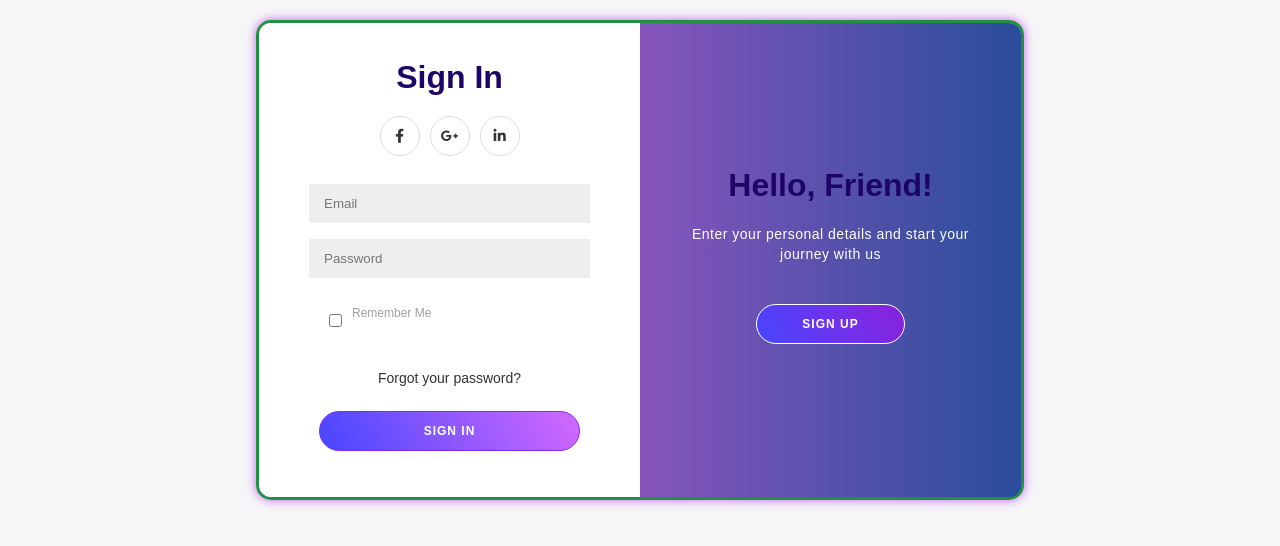
Repository: Zulfiyya077/InternIntelligence_LoginPage
Page: /
An editor plug-in stored every save of this project. The page is shown before and after the next save, followed by the edit.
The browser window is 1280 px wide. The pictures show the whole page.
The project was rebuilt for these pictures with package versions that can differ from the ones it lists, and the page was loaded fresh each time. Also part of the build but not shown: vite.config.js.

Above is the page before, as saved 2025-02-02 08:07:23.

### index.html
<!DOCTYPE html>
<html lang="en">
<head>
    <meta charset="UTF-8" />
    <link rel="icon" type="image/svg+xml" href="/vite.svg" />
    <link
    rel="stylesheet"
    href="https://cdnjs.cloudflare.com/ajax/libs/font-awesome/5.15.4/css/all.min.css"
  />
    <meta name="viewport" content="width=device-width, initial-scale=1.0" />
    <title>Vite + React</title>
</head>
<body>
    <div id="root"></div>
    <script type="module" src="src/main.jsx"></script>
</body>
</html>

### src/main.jsx
import React from 'react';
import ReactDOM from 'react-dom/client';
import App from './App.jsx';


ReactDOM.createRoot(document.getElementById('root')).render(
  <React.StrictMode>
    <App />
  </React.StrictMode>,
);

### src/App.jsx
import React from 'react';
import SignInUpForm from './components/SignInUpForm';

function App() {
  return (
    <div className="App">
      <SignInUpForm />
    </div>
  );
}

export default App;

### src/components/SignInUpForm.jsx
import React, { useState } from 'react';
import styles from './SignInUpForm.module.css';
import { auth } from '../firebaseConfig';
import { createUserWithEmailAndPassword, signInWithEmailAndPassword, sendPasswordResetEmail } from 'firebase/auth';

const SignInUpForm = () => {
  const [isSignUp, setIsSignUp] = useState(false);
  const [email, setEmail] = useState('');
  const [password, setPassword] = useState('');
  const [error, setError] = useState('');


  const strongPasswordRegex = /^(?=.*[a-z])(?=.*[A-Z])(?=.*\d)[A-Za-z\d@$!%*?&]{6,}$/;


  const handleSignUp = async (e) => {
    e.preventDefault();
    setError('');

    if (!/\S+@\S+\.\S+/.test(email)) {
      setError('Please enter a valid email address.');
      return;
    }
    if (!strongPasswordRegex.test(password)) {
      setError('Password must have at least 6 characters, including 1 uppercase, 1 lowercase, and 1 number.');
      return;
    }

    try {
      await createUserWithEmailAndPassword(auth, email, password);
      alert('Account created successfully!');
    } catch (error) {
      handleAuthError(error);
    }
  };


  const handleSignIn = async (e) => {
    e.preventDefault();
    setError('');

    try {
      await signInWithEmailAndPassword(auth, email, password);
      alert('Signed in successfully!');
    } catch (error) {
      handleAuthError(error);
    }
  };


  const handleForgotPassword = async () => {
    if (!email) {
      setError('Please enter your email to reset password.');
      return;
    }
    try {
      await sendPasswordResetEmail(auth, email);
      alert('Password reset email sent!');
    } catch (error) {
      handleAuthError(error);
    }
  };


  const handleAuthError = (error) => {
    const errorMessages = {
      'auth/user-not-found': 'No account found with this email.',
      'auth/wrong-password': 'Incorrect password.',
      'auth/email-already-in-use': 'This email is already registered.',
      'auth/weak-password': 'Your password is too weak.',
      'auth/invalid-email': 'Invalid email format.',
    };
    setError(errorMessages[error.code] || error.message);
  };

  return (
    <div className={`${styles.container} ${isSignUp ? styles.rightPanelActive : ''}`}>
      <div className={`${styles.formContainer} ${styles.signUpContainer}`}>
        <form onSubmit={handleSignUp}>
          <h1>Create Account</h1>
          <div className={styles.socialContainer}>
            <a href="#" className={styles.social}><i className="fab fa-facebook-f"></i></a>
            <a href="#" className={styles.social}><i className="fab fa-google-plus-g"></i></a>
            <a href="#" className={styles.social}><i className="fab fa-linkedin-in"></i></a>
          </div>
          {error && <p className={styles.error}>{error}</p>}
          <input type="email" placeholder="Email" value={email} onChange={(e) => setEmail(e.target.value)} required />
          <input type="password" placeholder="Password" value={password} onChange={(e) => setPassword(e.target.value)} required />
          <button type="submit">Sign Up</button>
        </form>
      </div>


      <div className={`${styles.formContainer} ${styles.signInContainer}`}>
        <form onSubmit={handleSignIn}>
          <h1>Sign In</h1>
          <div className={styles.socialContainer}>
            <a href="#" className={styles.social}><i className="fab fa-facebook-f"></i></a>
            <a href="#" className={styles.social}><i className="fab fa-google-plus-g"></i></a>
            <a href="#" className={styles.social}><i className="fab fa-linkedin-in"></i></a>
          </div>
          {error && <p className={styles.error}>{error}</p>}
          <input type="email" placeholder="Email" value={email} onChange={(e) => setEmail(e.target.value)} required />
          <input type="password" placeholder="Password" value={password} onChange={(e) => setPassword(e.target.value)} required />

          <label className={styles.rememberMe}>
         <input type="checkbox" />    Remember Me
          </label>
          <a href="#" onClick={handleForgotPassword}>Forgot your password?</a>
          <button type="submit">Sign In</button>
        </form>
      </div>


      <div className={styles.overlayContainer}>
        <div className={styles.overlay}>
          <div className={`${styles.overlayPanel} ${styles.overlayLeft}`}>
            <h1>Welcome Back!</h1>
            <p>To keep connected with us please login with your personal info</p>
            <button className={styles.ghost} onClick={() => setIsSignUp(false)}>Sign In</button>
          </div>
          <div className={`${styles.overlayPanel} ${styles.overlayRight}`}>
            <h1>Hello, Friend!</h1>
            <p>Enter your personal details and start your journey with us</p>
            <button className={styles.ghost} onClick={() => setIsSignUp(true)}>Sign Up</button>
          </div>
        </div>
      </div>
    </div>
  );
};

export default SignInUpForm;

### src/components/SignInUpForm.module.css



* {
    margin: 0;
    padding: 0;
    box-sizing: border-box;
  }

  body {
    background: #f6f5f7;
    display: flex;
    justify-content: center;
    align-items: center;
    flex-direction: column;
    font-family: 'Montserrat', sans-serif;

    margin: 20px ;
  }

  h1 {
    font-weight: bold;
    margin: 0;
    color:rgb(30, 4, 104);
  }

  h2 {
    text-align: center;
  }

  p {
    font-size: 14px;
    font-weight: 100;
    line-height: 20px;
    letter-spacing: 0.5px;
    margin: 20px 0 30px;
  }

  span {
    font-size: 12px;
  }

  a {
    color: #333;
    font-size: 14px;
    text-decoration: none;
    margin: 15px 0;
  }

  .social:focus {
    box-shadow: rgba(131, 131, 233, 0.25) 0px 50px 100px -20px, rgba(157, 6, 228, 0.3) 0px 30px 60px -30px, rgba(202, 91, 247, 0.35) 0px -2px 6px 0px inset;
  }
  button {
    margin: 10px;
    border-radius: 20px;
    border: 1px solid #7c2bff;
    background: rgb(186,63,251);
background: linear-gradient(60deg, rgb(70, 70, 255) 0%, rgba(183, 1, 255, 0.591) 100%);
    color: #FFFFFF;
    font-size: 12px;
    font-weight: bold;
    padding: 12px 45px;
    letter-spacing: 1px;
    text-transform: uppercase;
    transition: transform 80ms ease-in;

  }

  button:active {
    transform: scale(0.95);
  }

  button:focus {
    outline: none;
  }

  button.ghost {
    background-color: transparent;
    border-color: #FFFFFF;
  }

  form {
    background-color: #FFFFFF;
    display: flex;
    width: 100%;
    justify-content: center;
    flex-direction: column;
    padding: 0 50px;
    height: 100%;
    text-align: center;

  }

  input {
    background-color: #eee;
    border: none;
    padding: 12px 15px;
    margin: 8px 0;

  }
  .error {
    height: 20px;
    font-size: 12px;
    color: red;
  }
  .container {
    background-color: #fff;
    border-radius: 20px;
    box-shadow: 0 14px 28px rgba(0,0,0,0.25),
                0 10px 10px rgba(0,0,0,0.22);
    position: relative;
    overflow: hidden;
    width: 768px;
    max-width: 100%;
    min-height: 480px;
    display: flex;
    justify-content: center;
    align-items: center;
    transition: background-color 0.6s ease-in-out;
    padding: 10px;
  }

  .formContainer {

    position: absolute;
    top: 0;
    height: 100%;
    transition: all 0.6s ease-in-out;
  }

  .signInContainer {
    left: 0;
    width: 50%;
    z-index: 2;
  }

  .rightPanelActive .signInContainer {

    transform: translateX(100%);
  }

  .signUpContainer {
    left: 0;
    width: 50%;
    opacity: 0;
    z-index: 1;

  }

  .rightPanelActive .signUpContainer {
    transform: translateX(100%);
    opacity: 1;
    z-index: 5;
    animation: show 0.6s;
  }

  @keyframes show {
    0%, 49.99% {
      opacity: 0;
      z-index: 1;
    }

    50%, 100% {
      opacity: 1;
      z-index: 5;
    }
  }


  .overlayContainer {
    position: absolute;
    top: 0;
    left: 50%;
    width: 50%;
    height: 100%;
    overflow: hidden;
    transition: transform 0.6s ease-in-out;
    z-index: 100;
  }

  .rightPanelActive .overlayContainer {
    transform: translateX(-100%);
  }

  .overlay {
    background: linear-gradient(to right,rgb(226, 93, 220), #2A4D9B);
    color: #fff;
    position: relative;
    left: -100%;
    height: 100%;
    width: 200%;
    transform: translateX(0);
    transition: transform 0.6s ease-in-out, background 0.6s ease-in-out;
  }

  .rightPanelActive .overlay {
    transform: translateX(50%);
    background: linear-gradient(to right,#2A4D9B,  rgb(255, 255, 255));
  }

  .overlayPanel {
    position: absolute;
    display: flex;
    align-items: center;
    justify-content: center;
    flex-direction: column;
    padding: 0 40px;
    text-align: center;
    top: 0;
    height: 100%;
    width: 50%;
    transform: translateX(0);
    transition: transform 0.6s ease-in-out;
  }

  .overlayLeft {
    transform: translateX(-20%);
  }

  .rightPanelActive .overlayLeft {
    transform: translateX(0);
  }

  .overlayRight {
    right: 0;
    transform: translateX(0);
  }

  .rightPanelActive .overlayRight {
    transform: translateX(20%);
  }

  .socialContainer {
    margin: 20px 0;
  }

  .socialContainer a {
    border: 1px solid #ddd;
    border-radius: 50%;
    display: inline-flex;
    justify-content: center;
    align-items: center;
    margin: 0 5px;
    height: 40px;
    width: 40px;
  }
  .checkboxContainer {
    width: 100px;
  }

  .checkboxContainer input {
    margin-right: 10px;

  }

  .checkboxContainer label {

    display: flex;
      align-items: center;
    justify-content: flex-start;

    font-weight: 100;
    color: #333;
  }

  .rememberMe {
    display: flex;
   font-size: 12px;
   color: rgb(160, 159, 159);
    margin: 20px ;
  }

  .rememberMe input {
    margin-right: 10px;
  }


.container {
    background: linear-gradient(165deg, #ffffff, #0277d6);
  }

  input:focus {
    outline: #0277d6;
    border-color: #2196f3;
    background-color: #e1f5fe;

  }
  @keyframes borderAnimation {
    0% { border-color: #3498db; box-shadow: 0 0 10px #42aff8; }
    25% { border-color: #41b4f7; box-shadow: 0 0 10px #4ae73c; }
    50% { border-color: #e90ff1; box-shadow: 0 0 10px #0f44f1; }
    75% { border-color: #18703d; box-shadow: 0 0 10px #fc43fc; }
    100% { border-color: #34db4a; box-shadow: 0 0 10px #3498db; }
  }

  .container {
    position: relative;
    padding: 20px;

    border: 3px solid transparent;
    border-radius: 15px;
    animation: borderAnimation 3s infinite linear;
    transition: all 0.3s ease-in-out;
  }

### src/firebaseConfig.js
// src/firebaseConfig.js
import { initializeApp } from "firebase/app";
import { getAuth } from "firebase/auth";

const firebaseConfig = {
    apiKey: "AIzaSyC53-JWx-NA0i0QbOs5togwXCTY4UTFECU",
    authDomain: "my-apps-077.firebaseapp.com",
    projectId: "my-apps-077",
    storageBucket: "my-apps-077.firebasestorage.app",
    messagingSenderId: "888644240432",
    appId: "1:888644240432:web:80649d7f31ee9d7a6019f5",
    measurementId: "G-PS211GRZTS"
  };

const app = initializeApp(firebaseConfig);
const auth = getAuth(app);

export { auth };

After the next save:
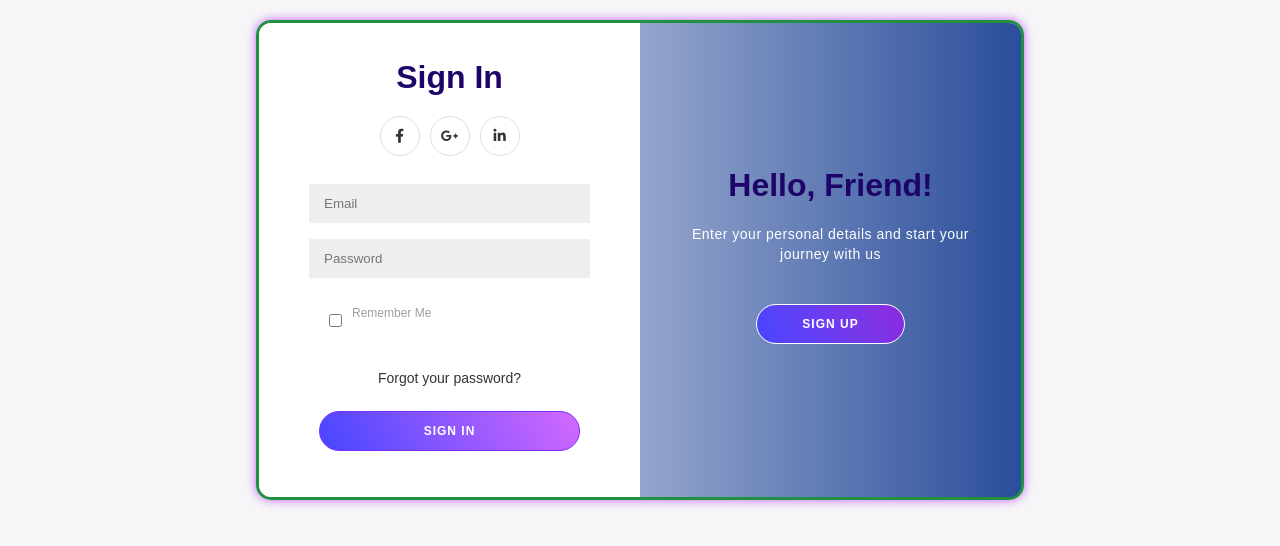
Saved 34 s later.
--- a/src/components/SignInUpForm.module.css
+++ b/src/components/SignInUpForm.module.css
@@ -183,7 +183,7 @@ background: linear-gradient(60deg, rgb(70, 70, 255) 0%, rgba(183, 1, 255, 0.591)
   }
 
   .overlay {
-    background: linear-gradient(to right,rgb(226, 93, 220), #2A4D9B);
+    background: linear-gradient(to right,rgb(255, 255, 255), #2A4D9B);
     color: #fff;
     position: relative;
     left: -100%;
